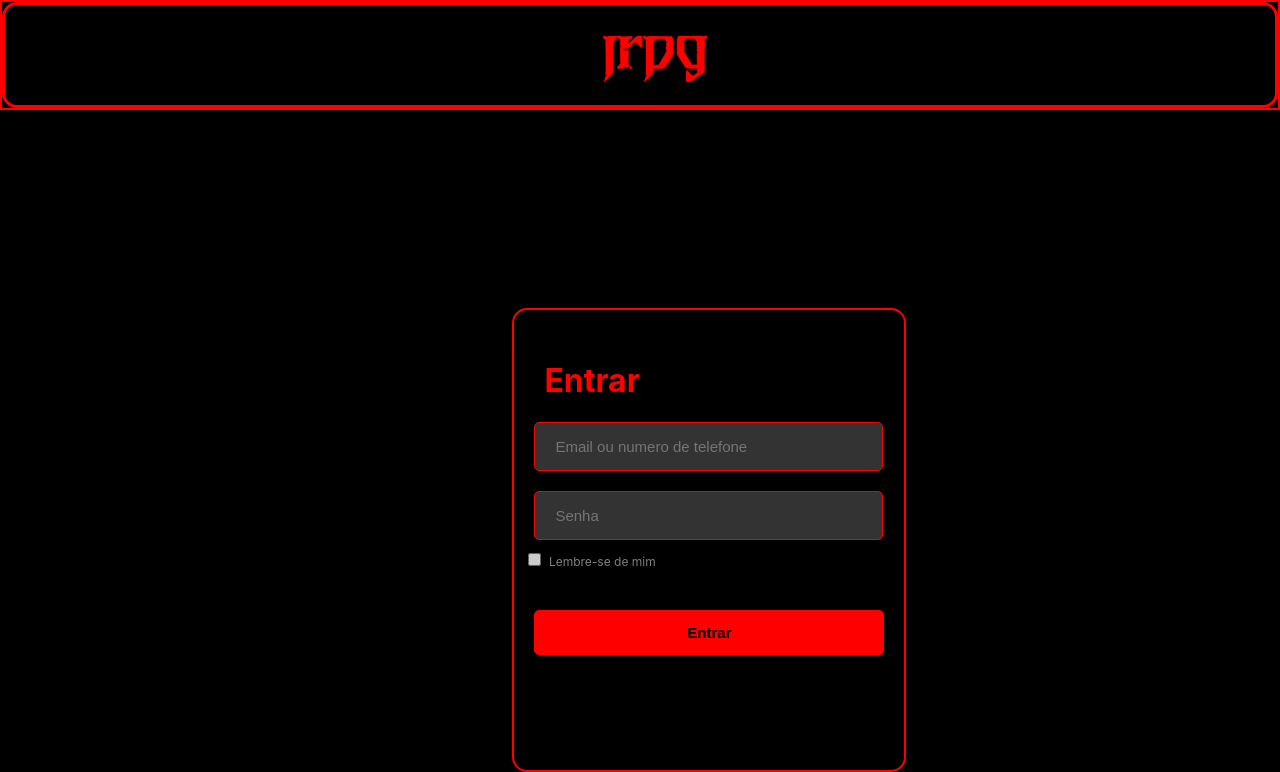
Repository: jpmaffei18/PROJETO_JAVA
Page: http://localhost/FinalWeb/
An editor plug-in stored every save of this project. The page is shown before and after the next save, followed by the edit.
The browser window is 1280 px wide. The pictures show the whole page.
Some web fonts or font styles are not loaded; a fallback is used. The page is served by Tomcat 9. Other server files are loaded and not shown.

Above is the page before, as saved 2023-04-12 12:20:39.

### FinalWeb/src/main/webapp/index.jsp
<!DOCTYPE html>
<html lang="pt-br">
<head>
    <meta charset="UTF-8">
    <meta http-equiv="X-UA-Compatible" content="IE=edge">
    <meta name="viewport" content="width=device-width, initial-scale=1.0">
    <link href="login.css" rel="stylesheet">
    <link href="https://fonts.cdnfonts.com/css/gobold" rel="stylesheet">
    <link href="https://fonts.cdnfonts.com/css/glacial-indifference-2" rel="stylesheet">

    <title> LOGIN </title>
</head>
<body>
    <header class="cabecalho">
       <img src="imagens/JRPG LOGO.png">
    </header>


    <div class="form">
        <h1>Entrar</h1>
            <form method="POST" action="LoginServlet">
                <input type="text" name="usuario" id="email" class="email"placeholder="Email ou numero de telefone" style="width: 325px; height: 45px; border: solid 1px red; border-radius:5px;  margin-left: 10px; background-color: #333333; padding-left: 20px;  color: white; font-size: 15px;" >
                <br/>
                <br/>
                <input type="password" name="senha" id="password" class="form-control" data-toggle="password" placeholder="Senha" style="width: 325px; height: 45px; border: solid 1px red; border-radius:5px;  background-color: #333333; color: white; padding-left: 20px; margin-bottom: 10px; margin-left: 10px; font-size: 15px;">
                <br/>


                <div class="box">
                <input type="checkbox" style="opacity: 0.8" value="lembre-se de mim" style="margin-left: 0px; background-color:grey;"/>
                <label for="lembre-se de mim" style="font-size: 12px; color:grey;">Lembre-se de mim</label>
                </div>

                <br/>
                <br/>

                <input type="submit" name="submit" id="submit" class="submit" style="background-color: red; color: black; width: 350px; height: 45px; border-radius:5px; border:solid 1px red; margin-bottom: 5px; margin-left: 10px; font-weight:900; font-size: 15px; " value="Entrar"/>
                </form>
                </div>

</body>
</html>

### FinalWeb/src/main/webapp/login.css
@import url('https://fonts.cdnfonts.com/css/glacial-indifference-2');
@import url('https://fonts.cdnfonts.com/css/gobold');



body{
    margin: 0;
    margin-top: 0;
    background-color: black ;
    overflow-x: hidden;
    border: solid 2px red;
}

.conteudo{
    width: 100%;
    height: 848px;
    border: solid 2px red;
}

.cabecalho{
    background-color: black ;
    width: 99,7%;
    height: 80px;
    border-radius: 15px;
    border: solid 3px red;
    color: red;
    padding-top: 20px;
    padding-left: 80px;
    align-content: center;
    align-items: center;
    text-align: center;
}

header img{
    margin-top: -20px;
    width: 200px;
    margin-right: 60px;
}

header h3{
    float: right;
    margin-right: 20px;
    margin-left:-40px;
}

header a{
    color: white;
    text-decoration: none;
}


.form{
    height: 400px;
    width: 350px;
    float: left;
    background-color: rgba(0,0,0,.75);
    border: solid 2px red;
    border-radius:15px;
    margin-left: 40%;
    margin-top: 200px;
    padding: 30px;
    padding-left:10px;
    font-family:-apple-system, BlinkMacSystemFont, 'Segoe UI', Roboto, Oxygen, Ubuntu, Cantarell,
    'Open Sans', 'Helvetica Neue', sans-serif;
    color: white;




}
.form h1{
    text-align: left;
    margin-left: 20px;
    color: red;
}

.form .inputs{
    padding: 5px;
    border-radius: 5px;

}

After the next save:
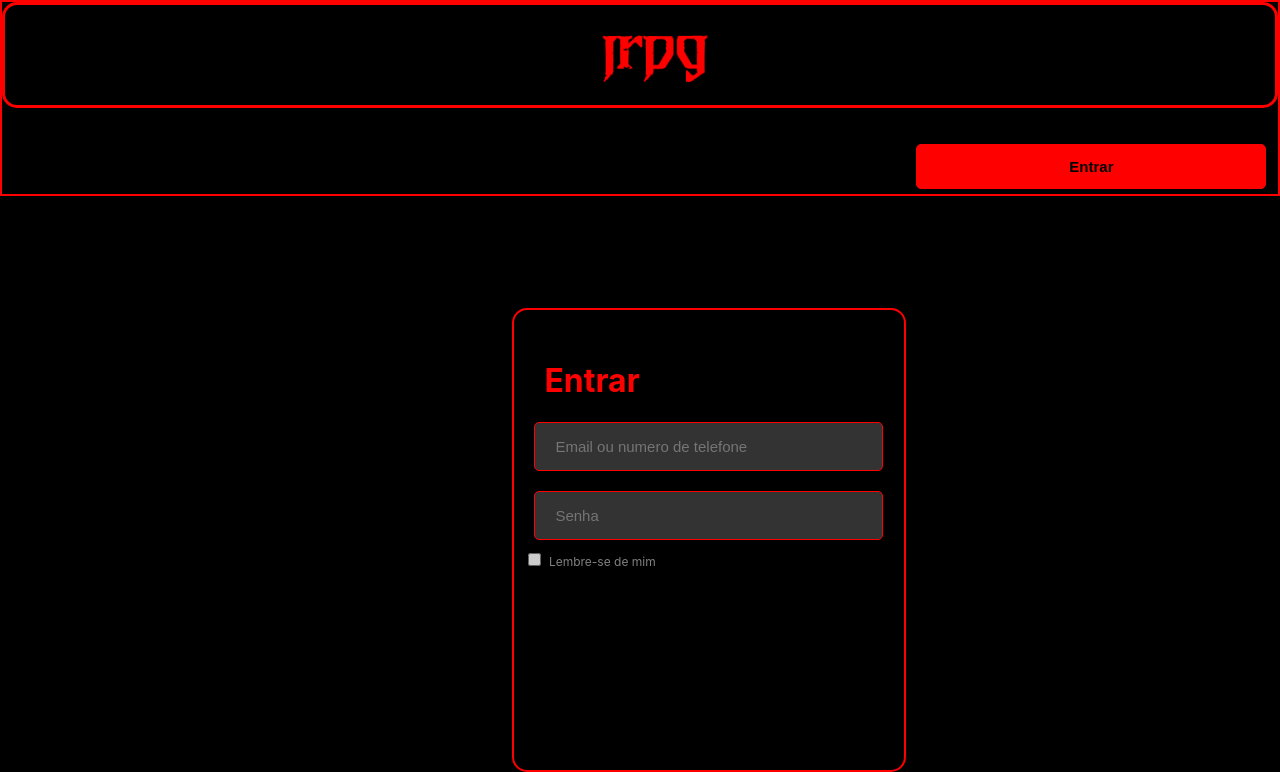
Saved 6 s later.
--- a/FinalWeb/src/main/webapp/index.jsp
+++ b/FinalWeb/src/main/webapp/index.jsp
@@ -23,8 +23,7 @@
                 <br/>
                 <br/>
                 <input type="password" name="senha" id="password" class="form-control" data-toggle="password" placeholder="Senha" style="width: 325px; height: 45px; border: solid 1px red; border-radius:5px;  background-color: #333333; color: white; padding-left: 20px; margin-bottom: 10px; margin-left: 10px; font-size: 15px;">
-                <br/>
-
+                <br/
 
                 <div class="box">
                 <input type="checkbox" style="opacity: 0.8" value="lembre-se de mim" style="margin-left: 0px; background-color:grey;"/>

After the save that followed:
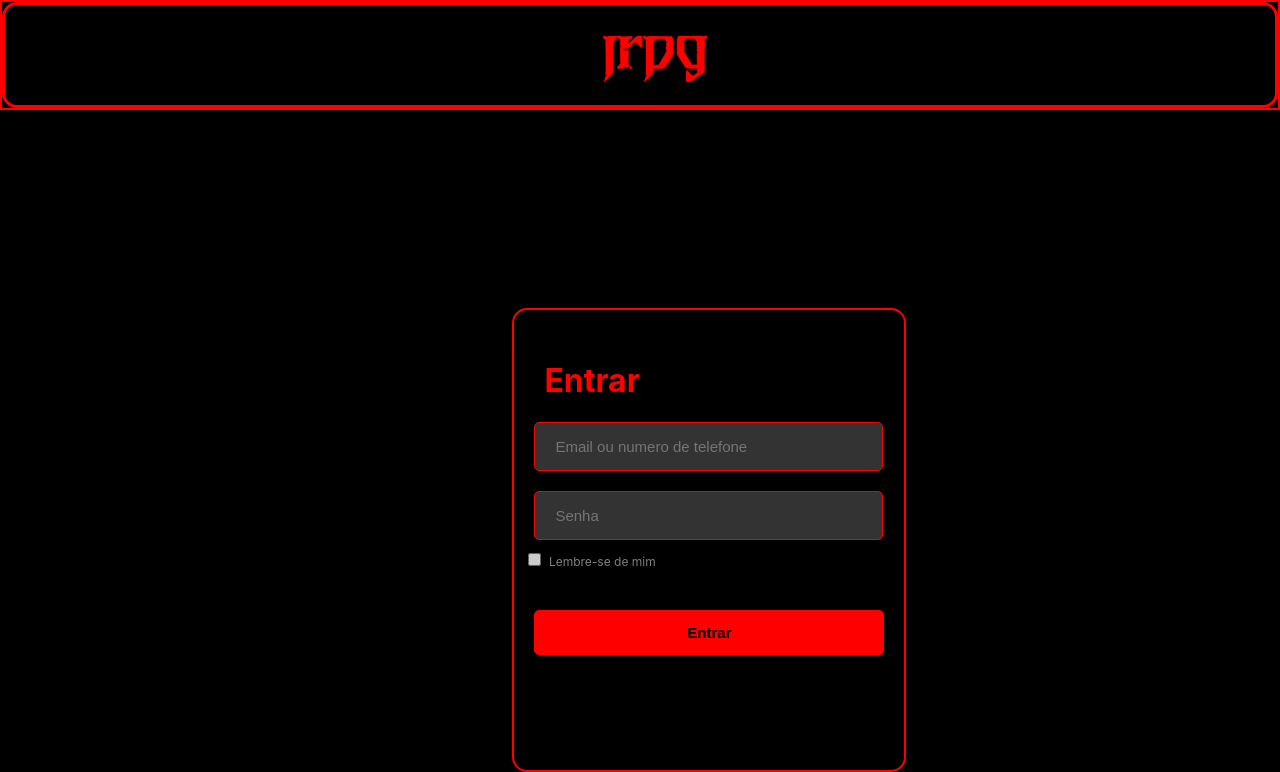
Saved 5 s later.
--- a/FinalWeb/src/main/webapp/index.jsp
+++ b/FinalWeb/src/main/webapp/index.jsp
@@ -23,8 +23,7 @@
                 <br/>
                 <br/>
                 <input type="password" name="senha" id="password" class="form-control" data-toggle="password" placeholder="Senha" style="width: 325px; height: 45px; border: solid 1px red; border-radius:5px;  background-color: #333333; color: white; padding-left: 20px; margin-bottom: 10px; margin-left: 10px; font-size: 15px;">
-                <br/
-
+                <br/>
                 <div class="box">
                 <input type="checkbox" style="opacity: 0.8" value="lembre-se de mim" style="margin-left: 0px; background-color:grey;"/>
                 <label for="lembre-se de mim" style="font-size: 12px; color:grey;">Lembre-se de mim</label>
